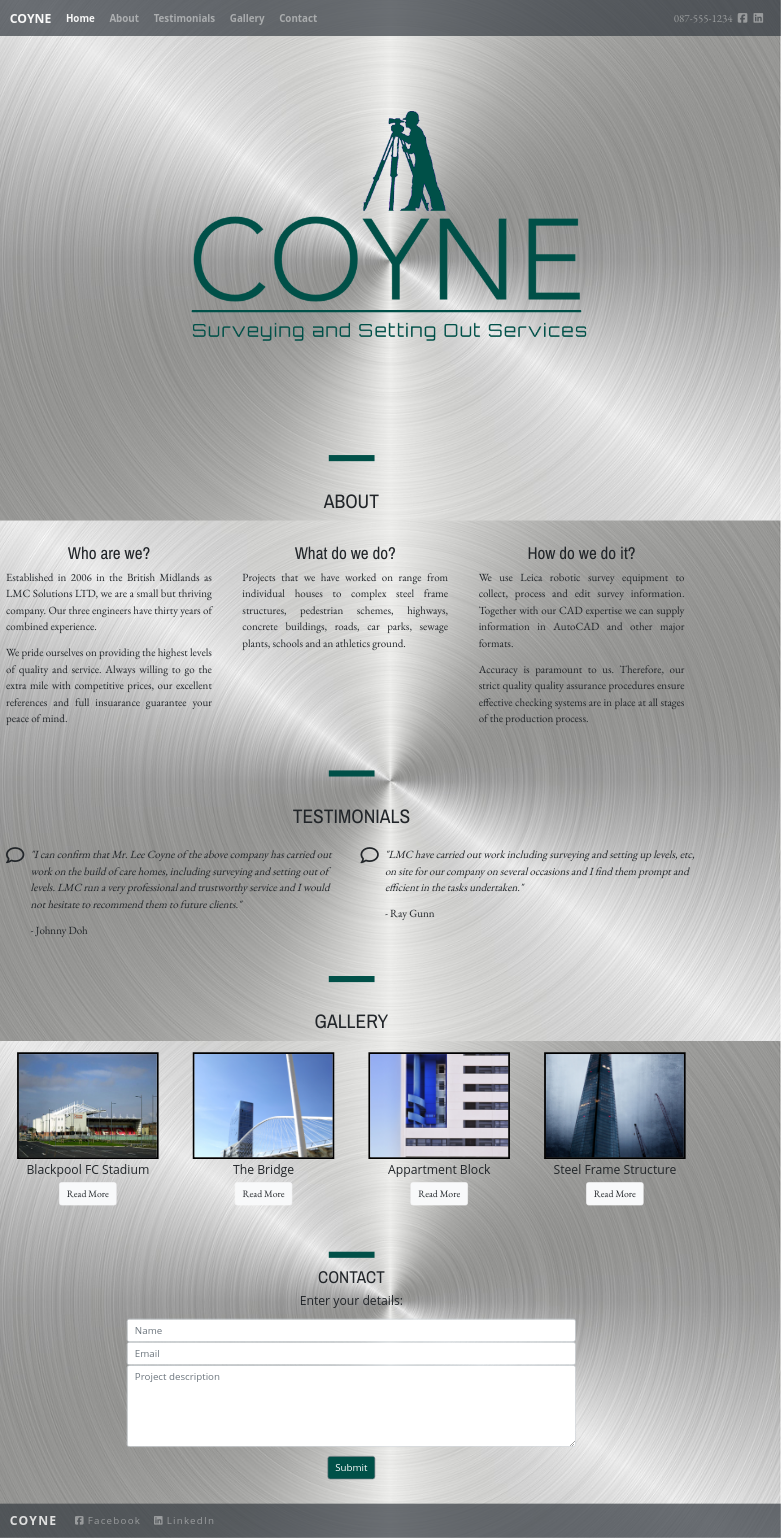
Repository: Leo-Cullen/first-milestone-project
Page: index.html
The author's editor kept a record of every edit. The page is drawn from the files as they stood at one moment, then again after the next edit.
The browser window is 1280 px wide. The pictures show the whole page, at 61% of full size.
Backgrounds fixed to the window are drawn as part of the page. Some web libraries are served in a nearby version.

Above is the page before.

### index.html
<!DOCTYPE html>
<html lang="en">

<head>
    <meta charset="UTF-8">
    <meta name="viewport" content="width=device-width, initial-scale=1.0">
    <meta http-equiv="X-UA-Compatible" content="ie=edge">
    <link rel="stylesheet" href="https://stackpath.bootstrapcdn.com/bootstrap/4.3.1/css/bootstrap.min.css" integrity="sha384-ggOyR0iXCbMQv3Xipma34MD+dH/1fQ784/j6cY/iJTQUOhcWr7x9JvoRxT2MZw1T" crossorigin="anonymous">
    <link href="https://fonts.googleapis.com/css?family=Archivo+Narrow|EB+Garamond&display=swap" rel="stylesheet">
    <link rel="stylesheet" href="assets/css/style.css" type="text/css" />
    <title>Coyne | Surveying and setting out services</title>
    <script src="https://kit.fontawesome.com/c525f812d6.js"></script>
</head>

<body>

    <nav class="navbar top-navbar navbar-expand-sm navbar-dark bg-dark fixed-top">
        <a class="navbar-brand" href="#"> COYNE </a>

        <button class="navbar-toggler" type="button" data-toggle="collapse" data-target="#navbarNav" aria-controls="navbarNav" aria-expanded="false" aria-label="Toggle navigation">
            <span class="navbar-toggler-icon"></span>
        </button>
        <div class="collapse navbar-collapse" id="navbarNav">
            <ul class="navbar-nav mr-auto">
                <li class="nav-item active">
                    <a class="active nav-link mr-2" href="#">Home <span class="sr-only">(current)</span></a>
                </li>
                <li class="nav-item mr-2">
                    <a class="nav-link" href="#about">About</a>
                </li>
                <li class="nav-item mr-2">
                    <a class="nav-link" href="#testimonials">Testimonials</a>
                </li>
                <li class="nav-item mr-2">
                    <a class="nav-link" href="#gallery-anchor">Gallery</a>
                </li>
                <li class="nav-item mr-2">
                    <a class="nav-link" href="#contact">Contact</a>
                </li>
            </ul>
            <div class="d-none d-md-block">
                <p class="navbar-text my-auto mr-2">087-555-1234 <i class="fab fa-facebook-square icon"></i><i class="fab fa-linkedin icon"></i></p>
            </div>
        </div>
    </nav>

    <div class="container-fluid  splash-container">
        <div class="row">
            <div class="col-12">
               <section class="splash jumbotron">
                    <img src="assets/images/coyne-logo.png" width="100%" height="100%" style="margin-top:100px" />
                    <!--  -->
                </section>
            </div>
        </div>
    </div>

    <div class="container-fluid about-container content-container">
        <!-- About section -->
        <hr id="about" />
        <section class="about-section">
            <div class="row">
                <div class="col-12 page-header">
                    <h2 class="text-uppercase section-heading">About</h2>
                </div>
            </div>
            <div class="row">
                <div class="col-12 col-md-6 col-lg-4">
                    <div class="about-col">
                        <h3 class="about-heading">Who are we?</h3>
                        <p>Established in 2006 in the British Midlands as LMC Solutions LTD, we are a small but thriving company. Our three engineers have thirty years of combined experience.</p>
                        <p>We pride ourselves on providing the highest levels of quality and service. Always willing to go the extra mile with competitive prices, our excellent references and full insuarance guarantee your peace of mind.</p>
                    </div>
                </div>
                <div class="col-12 col-md-6 col-lg-4">
                    <div class="about-col">
                        <h3 class="about-heading">What do we do?</h3>
                        <p>Projects that we have worked on range from individual houses to complex steel frame structures, pedestrian schemes, highways, concrete buildings, roads, car parks, sewage plants, schools and an athletics ground.</p>
                    </div>
                </div>
                <div class="col-12 col-md-6 col-lg-4">
                    <div class="about-col">
                        <h3 class="about-heading">How do we do it?</h3>
                        <p>We use Leica robotic survey equipment to collect, process and edit survey information. Together with our CAD expertise we can supply information in AutoCAD and other major formats.</p>
                        <p>Accuracy is paramount to us. Therefore, our strict quality quality assurance procedures ensure effective checking systems are in place at all stages of the production process.</p>
                    </div>
                </div>
            </div>
        </section>
        <!-- / About section -->
    </div>
    <!-- / About container -->

    <div class="container-fluid testimonials-container content-container">
        <!-- Testimonials section -->
        <hr id="testimonials" />
        <section class="testimonials">
            <div class="row">
                <div class="col-12 page-header">
                    <h2 class="text-uppercase section-heading">Testimonials</h2>
                </div>
            </div>
            <div class="row">
                <div class="col-12 col-md-6">
                    <div class="media">
                        <i class="far fa-comment" class="mr-3"></i>
                        <blockquote class="blockquote">
                            <p class="quote">"I can confirm that Mr. Lee Coyne of the above company has carried out work on the build of care homes, including surveying and setting out of levels. LMC run a very professional and trustworthy service and I would not hesitate
                                to recommend them to future clients."</p>
                            <p>- Johnny Doh</p>
                        </blockquote>
                    </div>
                </div>
                <div class="col-12 col-md-6">
                    <div class="media">
                        <i class="far fa-comment" class="mr-3"></i>
                        <blockquote class="blockquote">
                            <p class="quote">"LMC have carried out work including surveying and setting up levels, etc, on site for our company on several occasions and I find them prompt and efficient in the tasks undertaken."</p>
                            <p>- Ray Gunn</p>
                        </blockquote>
                    </div>
                </div>
            </div>
        </section>
        <!-- / Testimonials section -->
    </div>
    <!-- / Testimonials container -->

    <!-- Gallery container -->
    <div class="container-fluid gallery-container content-container">
        <hr id="gallery-anchor" />
        <section class="gallery">
            <div class="row">
                <div class="col-12 page-header">
                    <h2 class="text-uppercase section-heading">Gallery</h2>
                </div>
            </div>
            <div class="row">
                <div class="col-md-6 col-xl-3">
                    <img class="img-responsive" src="assets/images/blackpool-fc.jpg" />
                    <h5>Blackpool FC Stadium</h5>
                    <p><a class="btn btn-small btn-light" href="#">Read More</a></p>
                </div>
                <div class="col-md-6 col-xl-3">
                    <img class="img-responsive" src="assets/images/bridge-640x480.jpg" />
                    <h5>The Bridge</h5>
                    <p><a class="btn btn-small btn-light" href="#">Read More</a></p>
                </div>
                <div class="col-md-6 col-xl-3">
                    <img class="img-responsive" src="assets/images/appartments-640x480.jpg" />
                    <h5>Appartment Block</h5>
                    <p><a class="btn btn-small btn-light" href="#">Read More</a></p>
                </div>
                <div class="col-md-6 col-xl-3">
                    <img class="img-responsive" src="assets/images/skyscraper-640x480.jpg" />
                    <h5>Steel Frame Structure</h5>
                    <p><a class="btn btn-small btn-light" href="#">Read More</a></p>
                </div>
            </div>
        </section>
    </div>
    <!-- / Gallery container -->

    <!-- Contact container -->
    <div class="container-fluid contact-container content-container">
        <hr id="contact" />
        <section class="contact-section">
        <div class="row bg-color-contact">
            <div class="col">
                <h3 class="contact-heading uppercase text-center">CONTACT</h3>
                <h5 class="uppercase text-center">Enter your details:</h5>

                <div class="center-form">
                    <form>
                        <input type="text" name="name" id="fullname" class="form-control" placeholder="Name" required />
                        <input type="email" name="email" id="emailaddress" class="form-control" placeholder="Email" required />
                        <textarea rows="5" name="projectsummary" id="projectsummary" class="form-control" placeholder="Project description" required></textarea>
                        <div class="form-row text-center">
                            <div class="col">
                                <button type="submit" class="btn btn-secondary">Submit</button>
                            </div>
                        </div>
                    </form>
                </div>

            </div>
        </div>

    </section>
    </div>
    <!-- / Contact container -->

    <!-- Footer -->
    <nav class="navbar bottom-navbar navbar-expand-sm navbar-dark bg-dark">
        <a class="navbar-brand" href="#">COYNE</a>

        <ul class="navbar-nav mr-auto">
            <li class="nav-item">
                <a class="nav-link" href="#"><i class="fab fa-facebook-square icon"></i>Facebook</a>
            </li>
            <li class="nav-item">
                <a class="nav-link" href="#"><i class="fab fa-linkedin icon"></i>LinkedIn</a>
            </li>
            <li class="nav-item">
                <a class="nav-link disabled" href="#"></a>
            </li>
        </ul>
    </nav>
    <!-- / Footer -->

    <script src="https://code.jquery.com/jquery-3.3.1.slim.min.js" integrity="sha384-q8i/X+965DzO0rT7abK41JStQIAqVgRVzpbzo5smXKp4YfRvH+8abtTE1Pi6jizo" crossorigin="anonymous"></script>
    <script src="https://cdnjs.cloudflare.com/ajax/libs/popper.js/1.14.7/umd/popper.min.js" integrity="sha384-UO2eT0CpHqdSJQ6hJty5KVphtPhzWj9WO1clHTMGa3JDZwrnQq4sF86dIHNDz0W1" crossorigin="anonymous"></script>
    <script src="https://stackpath.bootstrapcdn.com/bootstrap/4.3.1/js/bootstrap.min.js" integrity="sha384-JjSmVgyd0p3pXB1rRibZUAYoIIy6OrQ6VrjIEaFf/nJGzIxFDsf4x0xIM+B07jRM" crossorigin="anonymous"></script>

</body>

</html>

### assets/css/style.css
body,html {
    height: 100%;
    width:100%;
    margin: 0px;
}

body {
    font-family: "Open Sans", sans-serif;
    background: url(../images/circular-metal-960x720.jpg) no-repeat center center fixed;
    -webkit-background-size: cover;
    -moz-background-size: cover;
    -o-background-size: cover;
    background-size: cover;


    overflow-x: hidden; /* remove horizontal scrollbar */
}

h1,h2,h3 {
    font-family: 'Archivo Narrow', sans-serif;
}

p {
    font-family: 'EB Garamond', serif;
    font-size: large;
}

.icon {
    margin: 0 5px 0;
}

/*------------------------------------------------------------------- navbar */

.navbar {
    opacity: 0.7;
}

.navbar-brand {
    font-weight: bold;
}

.top-navbar a {
    font-weight: bold;
}

.navbar-toggler {
    background-color: #005048;
}

/*-------------------------------------------------------------------general styles */

.page-header {
    margin-top: 0;
    margin-bottom: 0;
    text-align: center;
}

.page-header h2 {
    margin-top: 30px;
    margin-bottom: 30px;
}

hr {
    width: 75px;
    height: 10px;
    border: 0;
    background-color: #005048; /* dark green */
}

.section-heading {
    text-align: center;
}

.content-container {
    margin-bottom: 20px;
    margin-left: 0px;
    margin-right: 0px;
    max-width: 90%; /* keep all content within screen  */
}

/*------------------------------------------------------------------- splash */

.splash-container {
     height: 100vh;
    display: flex;
    align-items: center;
    justify-content: center;
    position: relative;
}


.jumbotron {
   background-color: transparent;
   margin: 0;
}

/*------------------------------------------------------------------- about */

.about-container {
    margin-top: 00px;
    padding: 10px;
}

.about-col {
    padding-top: 20px;
    padding-right: 20px;
}

.about-heading {
    text-align: center;
}

.about-col p {
    text-align: justify;
}

/*-------------------------------------------------------------------testimonials */

.testimonials-container {
    margin-top: 20px;
    padding: 10px;
}

.quote {
    font-style: italic;
}

.testimonials i {
    font-size: 30px;
    margin-right: 10px;
}

/*-------------------------------------------------------------------gallery */

.gallery-container {
    text-align: center;
}

.gallery-container img {
    border: solid 3px #000;
}

.gallery-container h5 {
    padding-top: 6px;
}

.gallery-container p {
    margin-bottom: 30px;
}

/*-------------------------------------------------------------------contact */

.contact-container {
    padding: 10px;
    text-align: center;
    padding-bottom: 0;
}

.img-responsive {
    max-width: 90%;
}

.contact-container i {
    font-size: 20px;
}

.contact-container p {
    font-size: 24px;
    letter-spacing: 2px;
}

.center-form {
    padding-top: 10px;
    margin: 0 auto;
    max-width: 65%;
}

button[type="submit"] {
    margin-top: 15px;
    margin-bottom: 20px;
    background-color: #005048;
}

.bottom-navbar {
    margin: 0;
    letter-spacing: 2px;
}

After the next edit:
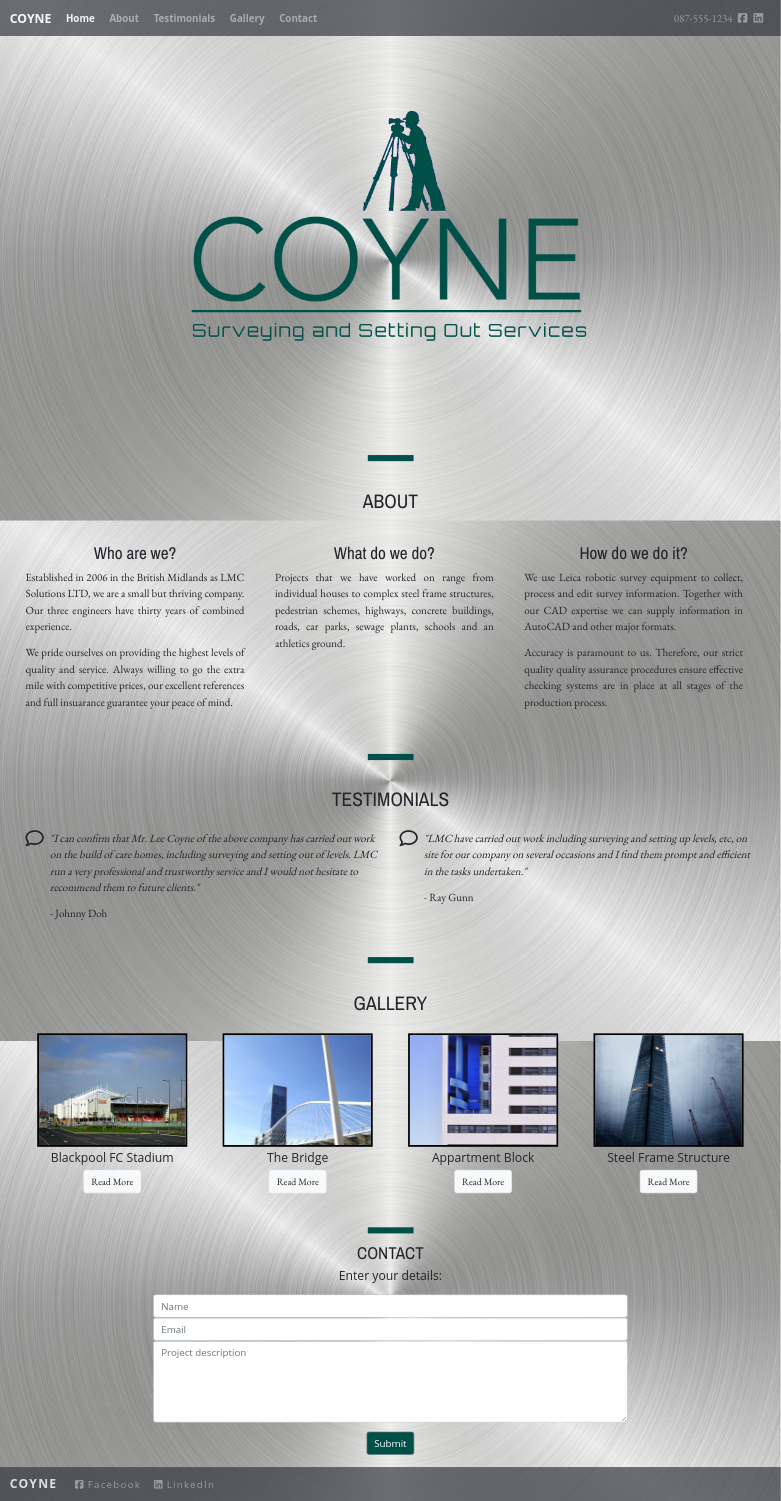
The edit:
--- a/assets/css/style.css
+++ b/assets/css/style.css
@@ -73,9 +73,8 @@
 
 .content-container {
     margin-bottom: 20px;
-    margin-left: 0px;
-    margin-right: 0px;
-    max-width: 90%; /* keep all content within screen  */
+    margin: 0 auto;
+    max-width: 95%; /* keep all content within screen  */
 }
 
 /*------------------------------------------------------------------- splash */
